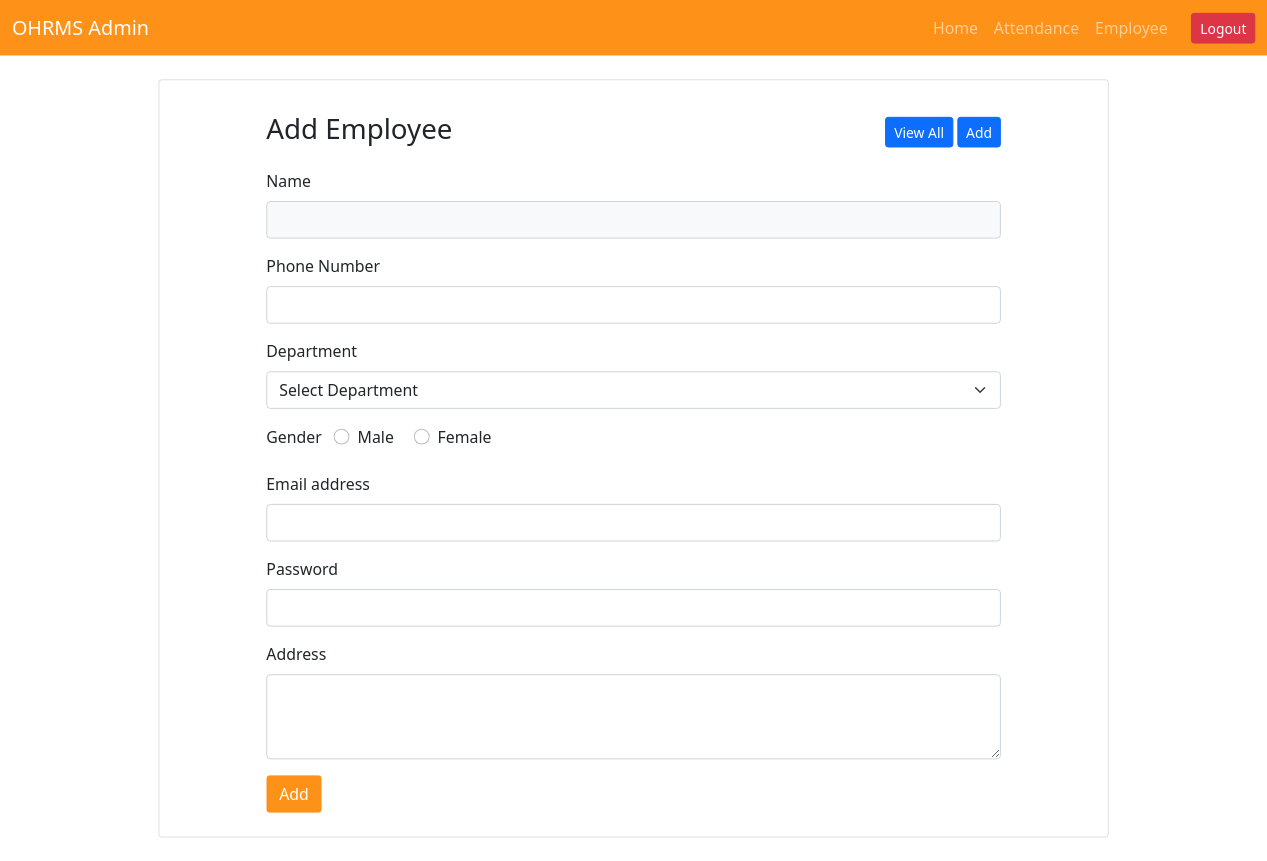
Repository: SaudCh/PHP-OHRMS
Page: http://localhost/admin/add-employee
An editor plug-in stored every save of this project. The page is shown before and after the next save, followed by the edit.
The browser window is 1280 px wide. The pictures show the whole page, at 99% of full size.
Some web libraries are served in a nearby version. The page is run by PHP 8.4 with error messages shown; the project is at /var/www/html/. The session is filled in as if someone had signed in: {"admin": "admin@ohrm.com"}.

Above is the page before, as saved 2022-06-06 00:35:14.

After the next save:
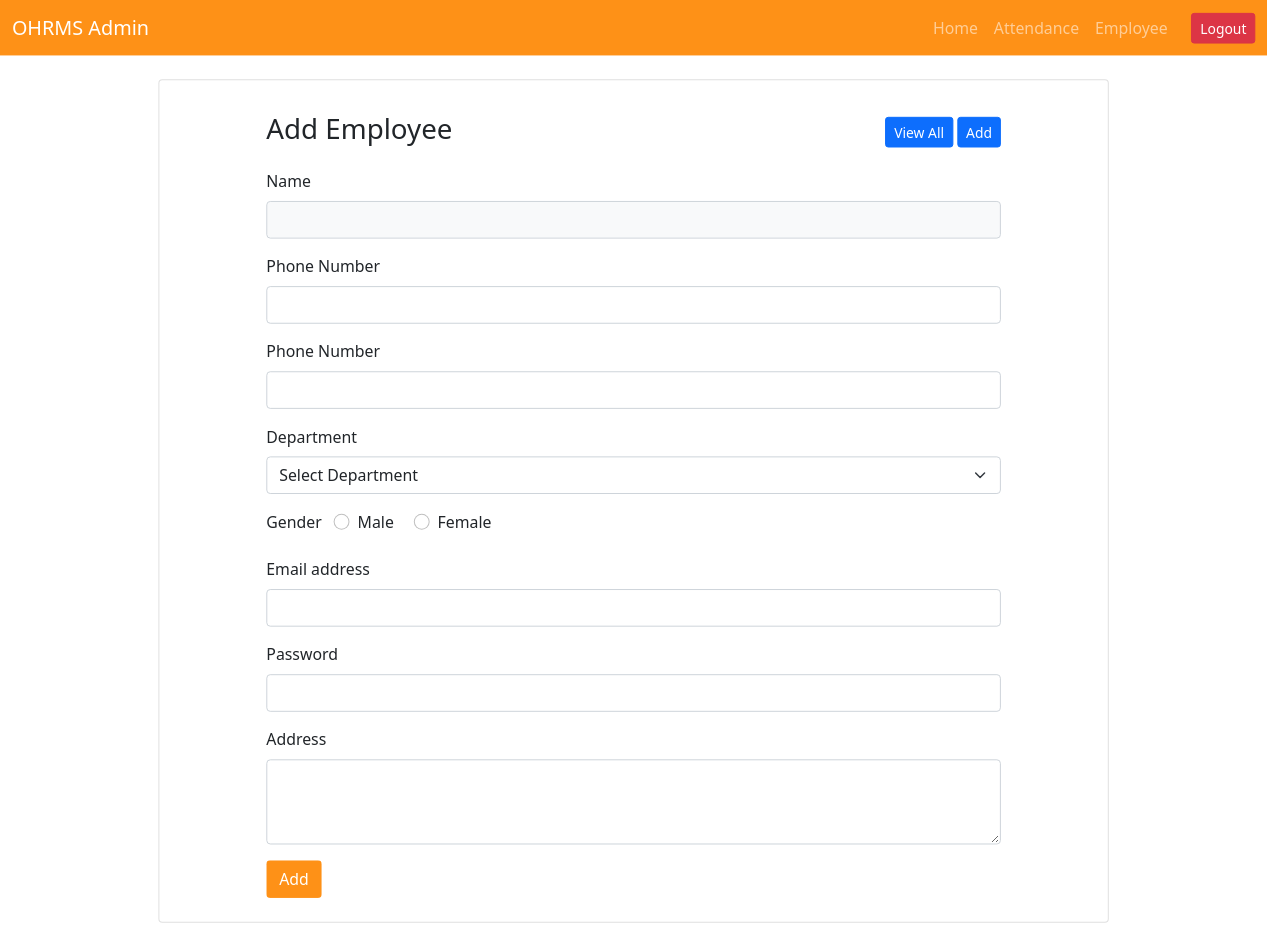
Saved 69 s later.
--- a/admin/add-employee.php
+++ b/admin/add-employee.php
@@ -37,6 +37,12 @@
                     <div class="mb-1">
                         <label for="phone" class="form-label">Phone Number</label>
                         <input type="text" name="phoneNum" class="form-control" id="phone">
+                        <p id="phonerr" class="text-danger" style="font-size: 11px;"></p>
+
+                    </div>
+                    <div class="mb-1">
+                        <label for="phone" class="form-label">Phone Number</label>
+                        <input type="number" name="phoneNum" class="form-control" id="phone">
                         <p id="phonerr" class="text-danger" style="font-size: 11px;"></p>
 
                     </div>
